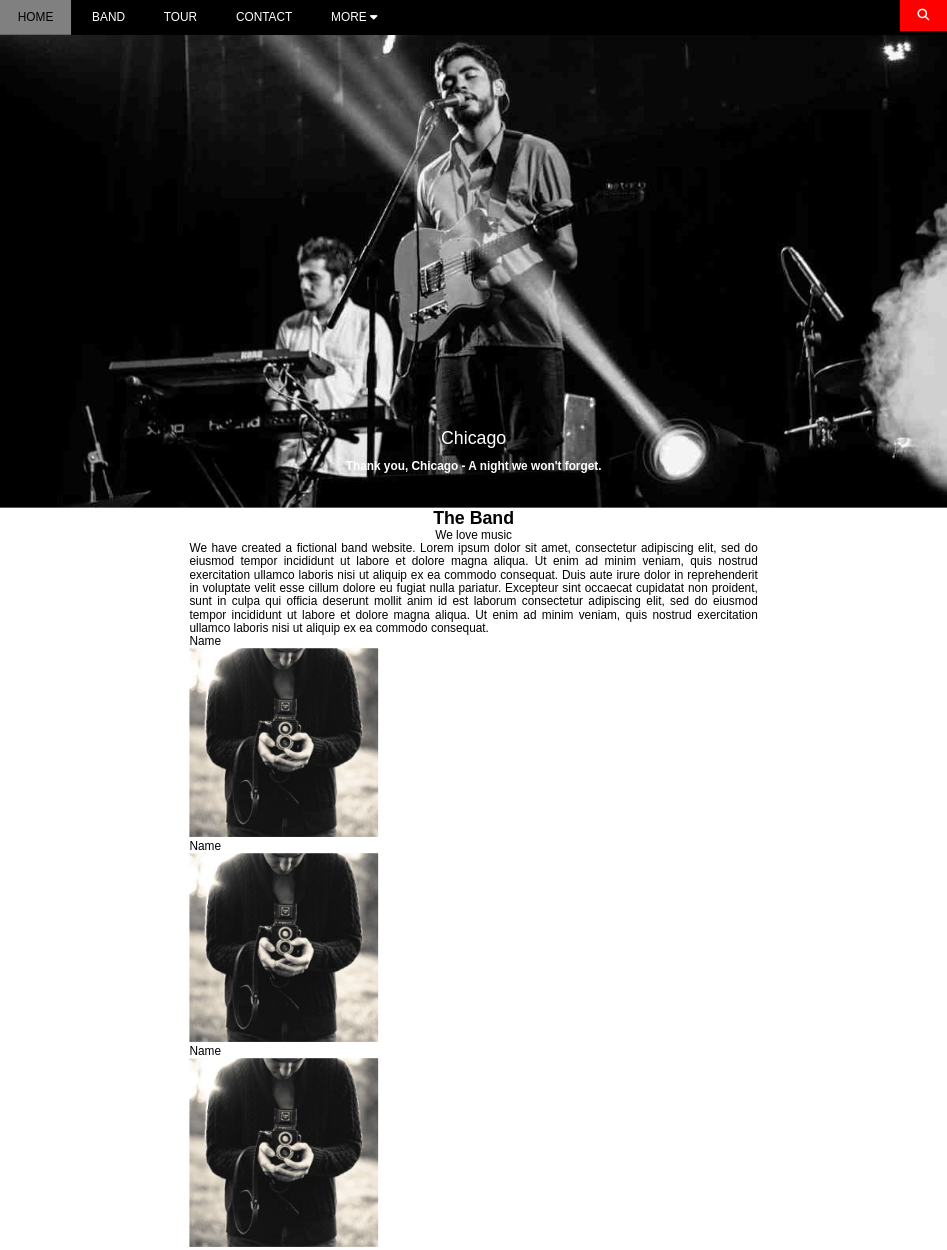
Repository: ngotranphuongbao/theband
Page: index.html
These files come from the project's save history. The page is drawn as it stood at one moment and after the next save; the edit follows.
The browser window is 1280 px wide. The pictures show the whole page, at 74% of full size.
Some web libraries are served in a nearby version.

Above is the page before, as saved 2022-12-21 19:58:15.

After the next save:
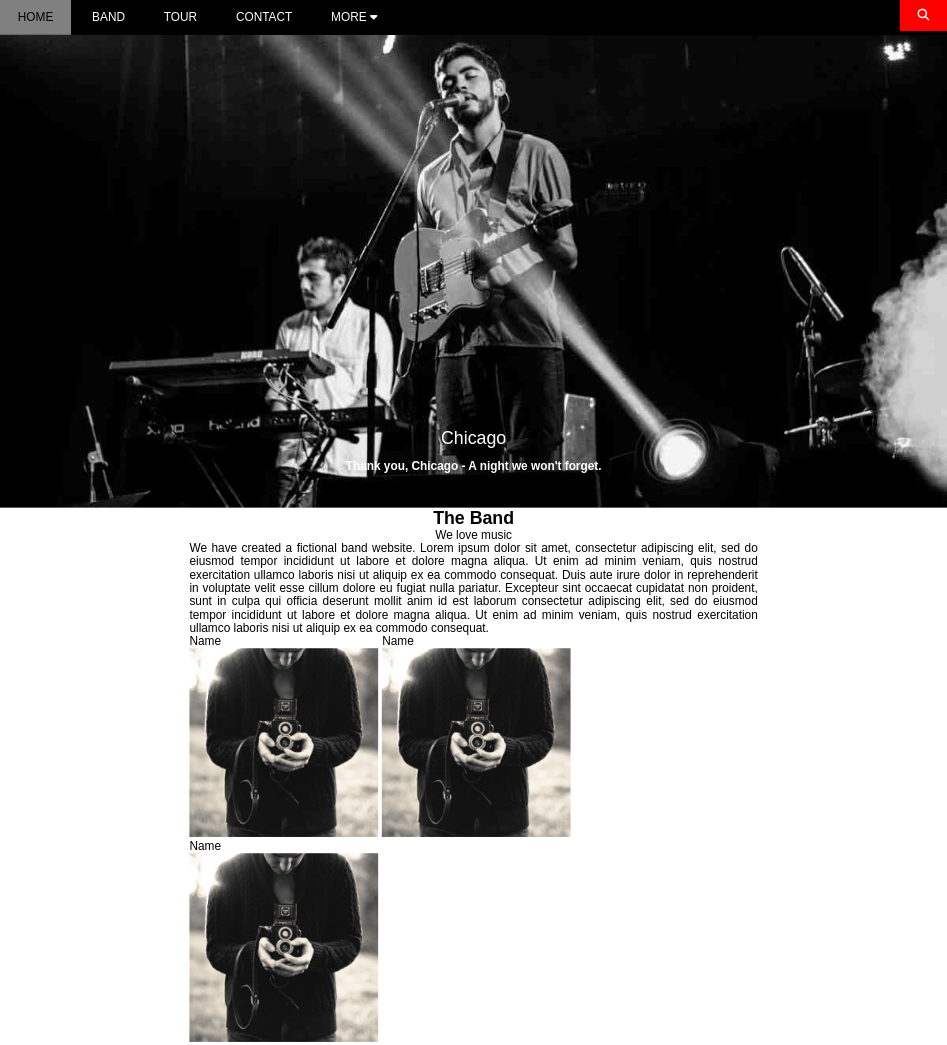
Saved 65 s later.
--- a/assets/css/style.css
+++ b/assets/css/style.css
@@ -137,6 +137,11 @@ html {
 #the-band-about {
     text-align: justify;
 }
+
+.member {
+    display: inline-block;
+    width: 256px;
+}
 #footer {
 
 }
